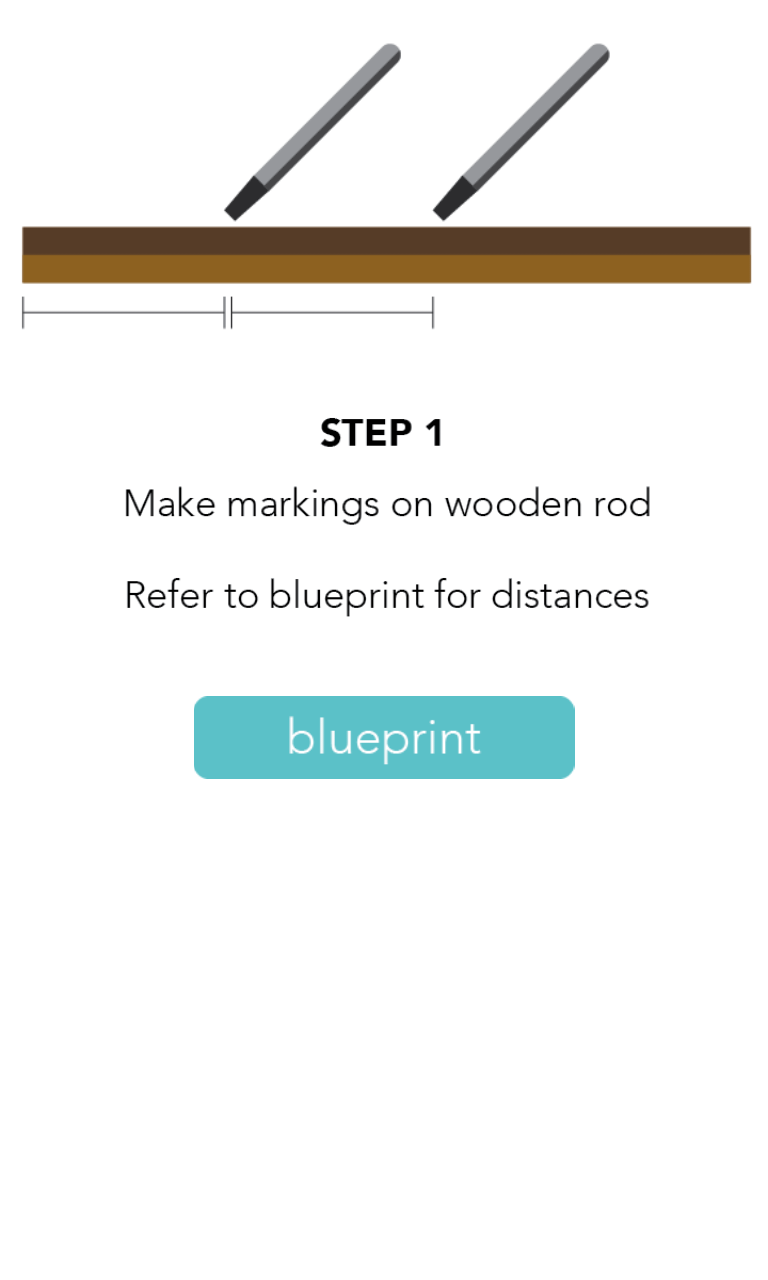
Repository: sbobhate/Android-Applications
Layout: EWBProject/res/layout/fragment_page2.xml
These files come from the project's save history. The layout is drawn as it stood at one moment and after the next save; the edit follows.
It is drawn on a 768 x 1280 px phone screen (xhdpi) without system bars, with theme AppTheme; the app's code is not run.

Above is the layout before, as saved 2014-02-21 22:05:26.

### EWBProject/res/layout/fragment_page2.xml
<?xml version="1.0" encoding="utf-8"?>
<RelativeLayout xmlns:android="http://schemas.android.com/apk/res/android"
    android:layout_width="match_parent"
    android:layout_height="match_parent" >

    <ImageView
        android:id="@+id/step1"
        android:src="@drawable/step1"
        android:contentDescription="@string/step1"
        android:layout_width="fill_parent"
        android:layout_height="wrap_content"
        />

    <ImageView
        android:id="@+id/step1Tutorial"
        android:src="@drawable/step1tutorial"
        android:contentDescription="@string/step1_tutorial"
        android:layout_width="fill_parent"
        android:layout_height="wrap_content"
        android:layout_below="@+id/step1"
        />

    <ImageView
        android:id="@+id/blueprint"
        android:src="@drawable/blueprint"
        android:contentDescription="@string/blueprint"
        android:layout_width="fill_parent"
        android:layout_height="wrap_content"
        android:layout_below="@+id/step1Tutorial"
        />

</RelativeLayout>

### EWBProject/res/values-v14/styles.xml
<resources>

    <!--
        Base application theme for API 14+. This theme completely replaces
        AppBaseTheme from BOTH res/values/styles.xml and
        res/values-v11/styles.xml on API 14+ devices.
    -->
    <style name="AppBaseTheme" parent="@android:style/Theme.Holo.Light.NoActionBar.Fullscreen">
        <!-- API 14 theme customizations can go here. -->
    </style>

</resources>

### EWBProject/res/values/strings.xml
<?xml version="1.0" encoding="utf-8"?>
<resources>

    <string name="app_name">EWB Project</string>
    <string name="action_settings">Settings</string>
    <string name="hello_world">Hello world!</string>
    <string name="home_header">Home Header</string>
    <string name="instructions">Instructions</string>
    <string name="reader">Reader</string>
    <string name="home_footer">Footer</string>
    <string name="title_activity_about_us">About Us</string>
    <string name="title_activity_instructions">Instructions</string>
    <string name="materials">Materials</string>
    <string name="hello_blank_fragment">Hello blank fragment</string>
    <string name="step1">Step 1</string>
    <string name="step2">Step 2</string>
    <string name="step3">Step 3</string>
    <string name="step1_tutorial">Step 1 Tutorial</string>
    <string name="step2_tutorial">Step 2 Tutorial</string>
    <string name="step3_tutorial">Step 2 Tutorial</string>
    <string name="blueprint">Blueprint</string>
    <string name="title_activity_reader">Reader</string>
    <string name="title_activity_cdma_visual">CdmaVisual</string>
    <string name="signal_quality">Signal Quality</string>
    <string name="cdma_title">What is CDMA ?</string>
    <string name="description">Code division multiple access (CDMA) is a channel access method used by various radio communication technologies.
CDMA is an example of multiple access, which is where several transmitters can send information simultaneously over a single communication channel. This allows several users to share a band of frequencies (see bandwidth). To permit this to be achieved without undue interference between the users CDMA employs spread-spectrum technology and a special coding scheme (where each transmitter is assigned a code).
CDMA is used as the access method in many mobile phone standards such as cdmaOne, CDMA2000 (the 3G evolution of cdmaOne), and WCDMA (the 3G standard used by GSM carriers), which are often referred to as simply CDMA.</string>

</resources>

Loaded but not shown: EWBProject/res/values/styles.xml (common file); EWBProject/res/values-v11/styles.xml (common file)

After the next save:
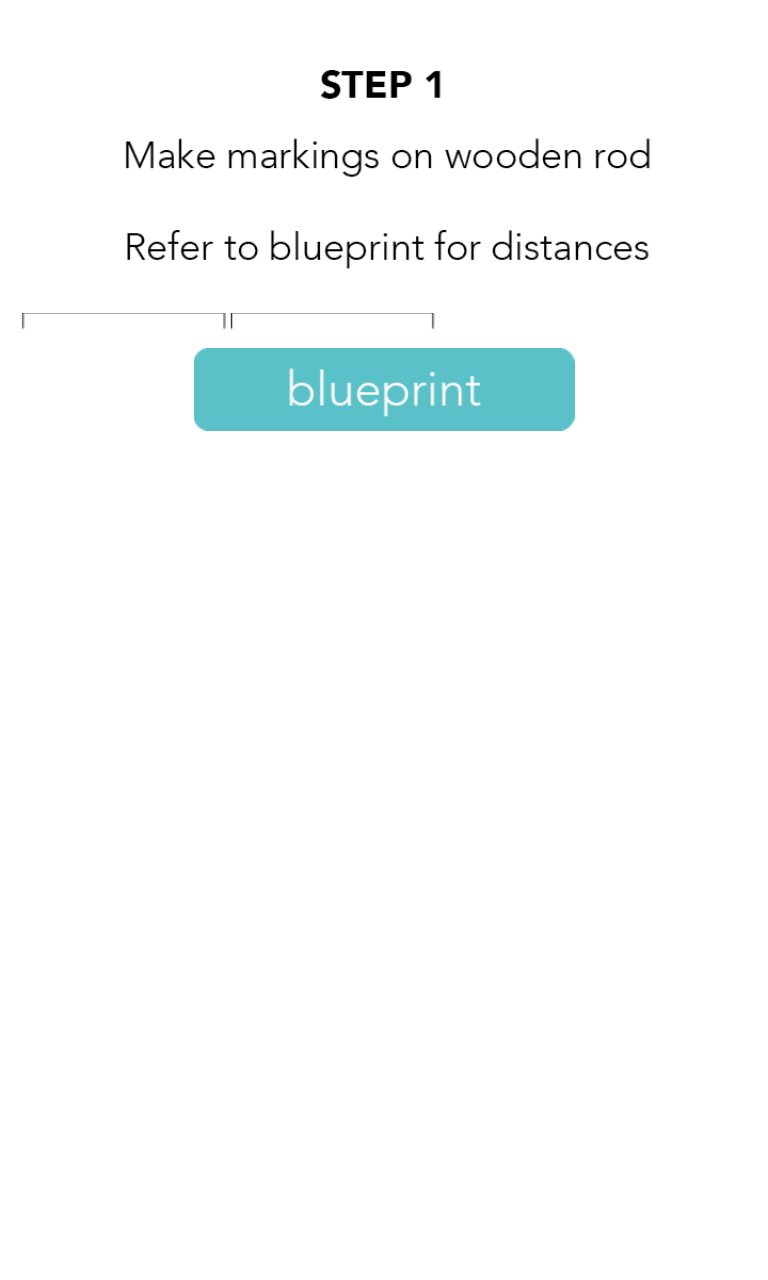
Saved 11 s later.
--- a/EWBProject/res/layout/fragment_page2.xml
+++ b/EWBProject/res/layout/fragment_page2.xml
@@ -17,7 +17,6 @@
         android:contentDescription="@string/step1_tutorial"
         android:layout_width="fill_parent"
         android:layout_height="wrap_content"
-        android:layout_below="@+id/step1"
         />
 
     <ImageView
